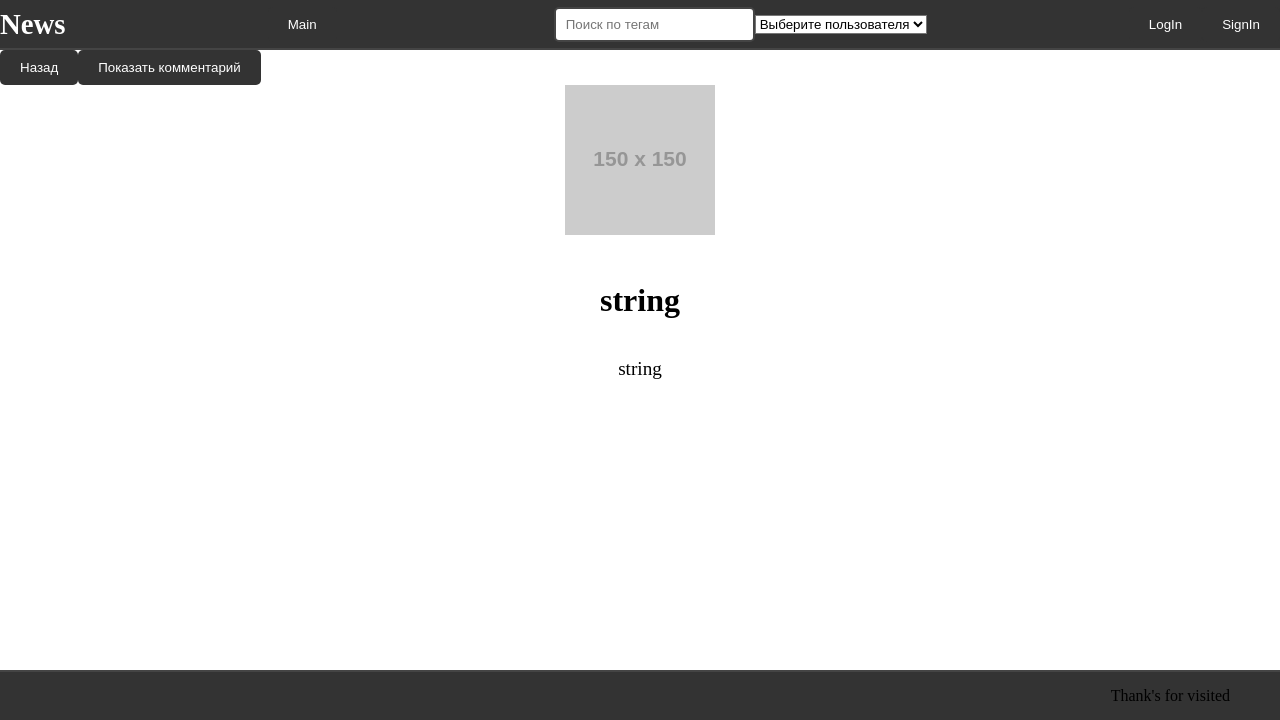
Repository: Igor-Blazhko/news_frontend
Page: /OnePost/0
An editor plug-in stored every save of this project. The page is shown before and after the next save, followed by the edit.
The browser window is 1280 px wide. The pictures show the whole page.
The page's requests for data from a server got no answer. The project was rebuilt for these pictures with package versions that can differ from the ones it lists, and the page was loaded fresh each time. No one was signed in, and anything a server would have sent is missing. Also part of the build but not shown: vite.config.ts, src/components/allPost/onePost/onePost.module.css, src/components/allPost/onePost/onePost.tsx, src/components/allPost/allPost.tsx, src/components/auth/logIn/login.module.css, src/components/auth/logIn/login.tsx, src/components/auth/register/register.tsx, src/components/pageOnePost/comments/comment.tsx and 1 more.

Above is the page before, as saved 2024-07-15 10:31:35.

After the next save:
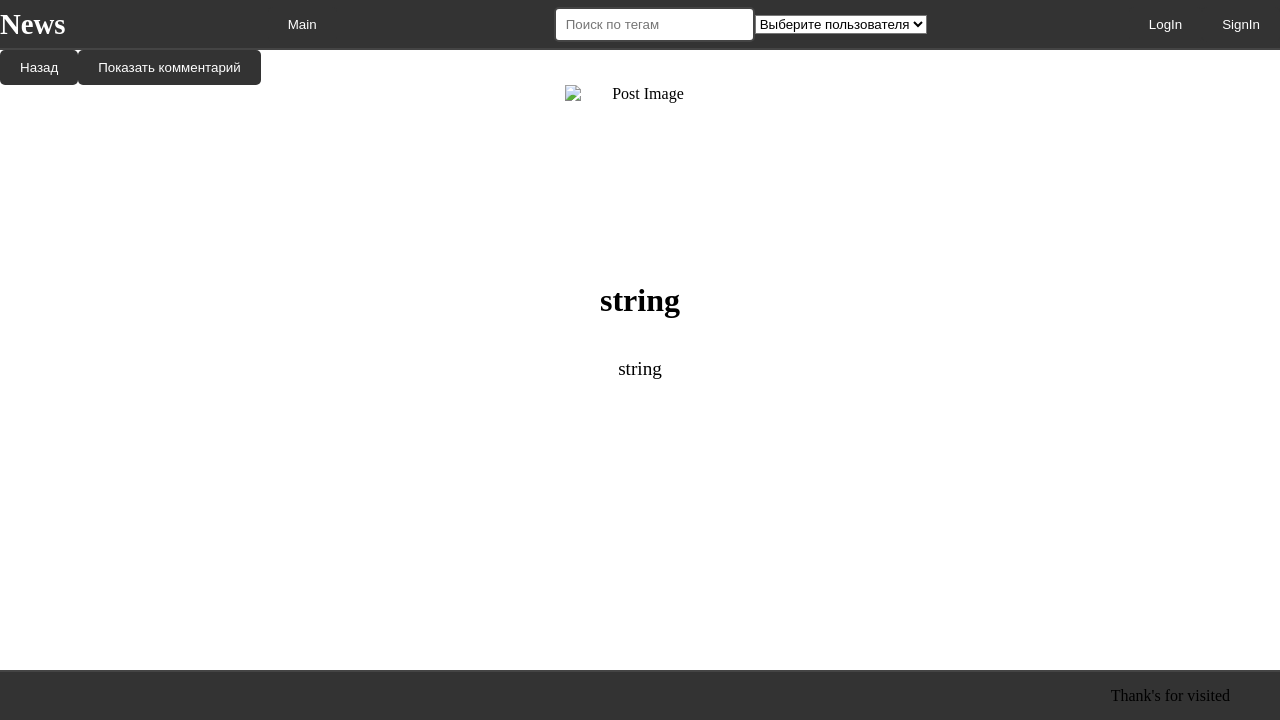
Saved 18 s later.
--- a/src/components/pageOnePost/OnePost.tsx
+++ b/src/components/pageOnePost/OnePost.tsx
@@ -61,7 +61,7 @@ export default function Post(){
 
 
             <div className={styles.post_content_full}>
-                <img src="https://via.placeholder.com/150" alt="Post Image" className={styles.post_image}/>
+                <img src={post.image?.path} alt="Post Image" className={styles.post_image}/>
                 <h2 className={styles.post_title_full}> {post.article}</h2>
                 <p className={styles.post_text_full}>
                     {post.text}
